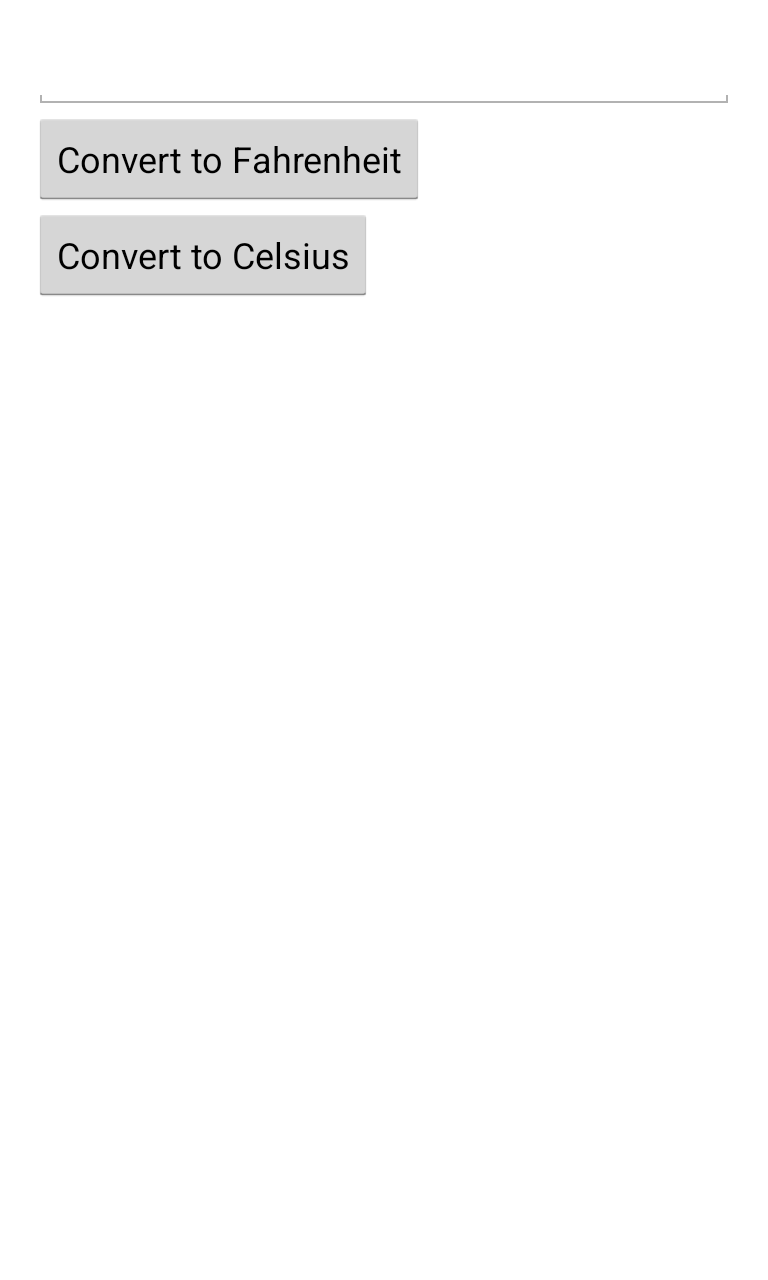
Repository: PatKelsh/IS-413
Layout: TempertureIntents/res/layout/activity_display.xml
An editor plug-in stored every save of this project. The layout is shown before and after the next save, followed by the edit.
It is drawn on a 768 x 1280 px phone screen (xhdpi) without system bars, with theme AppTheme; the app's code is not run.

Above is the layout before, as saved 2015-03-10 19:37:38.

After the next save:
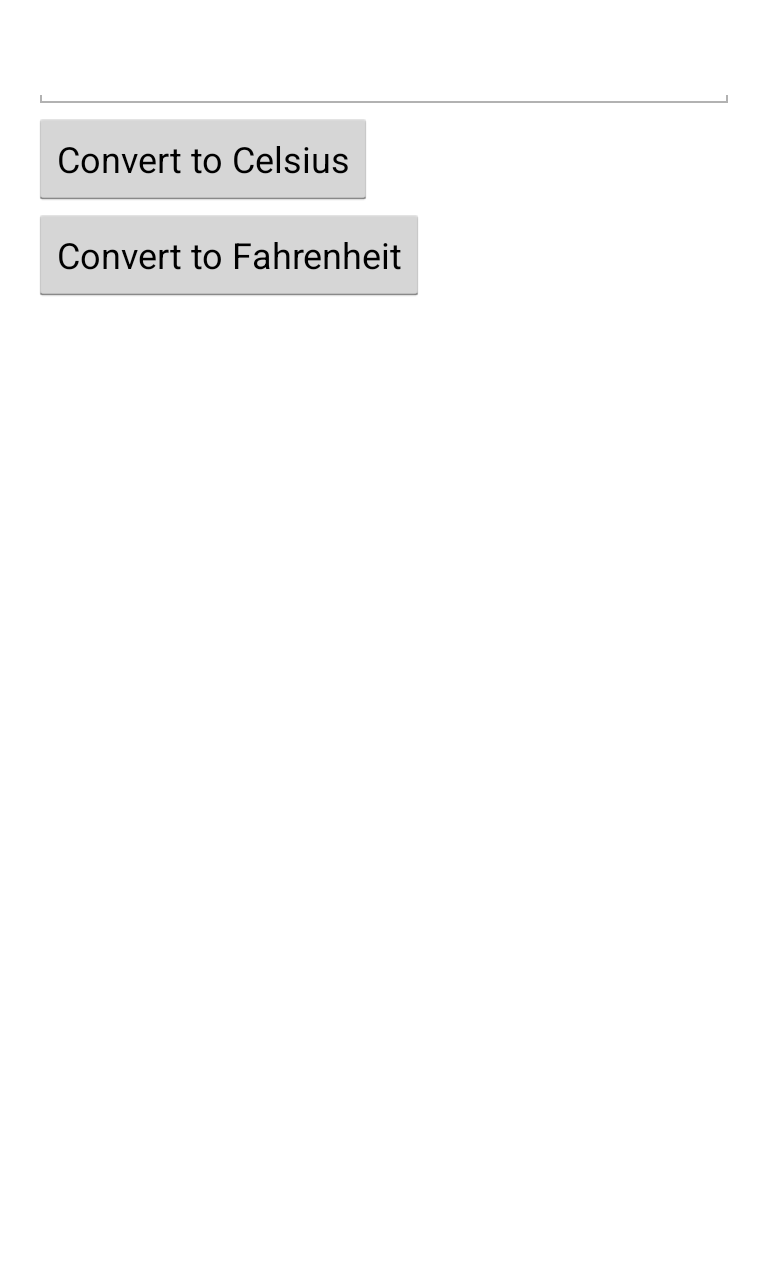
Saved 26 min 17 s later.
--- a/TempertureIntents/res/values/strings.xml
+++ b/TempertureIntents/res/values/strings.xml
@@ -4,8 +4,8 @@
     <string name="app_name">Temperature Intents</string>
     <string name="hello_world">Hello world!</string>
     <string name="action_settings">Settings</string>
-    <string name="fButton">Convert to Fahrenheit</string>
-    <string name="cButton">Convert to Celsius</string>
+    <string name="cButton">Convert to Fahrenheit</string>
+    <string name="fButton">Convert to Celsius</string>
     <string name="title_activity_fahrenheit">FahrenheitActivity</string>
     <string name="title_activity_celsius">CelsiusActivity</string>
 
